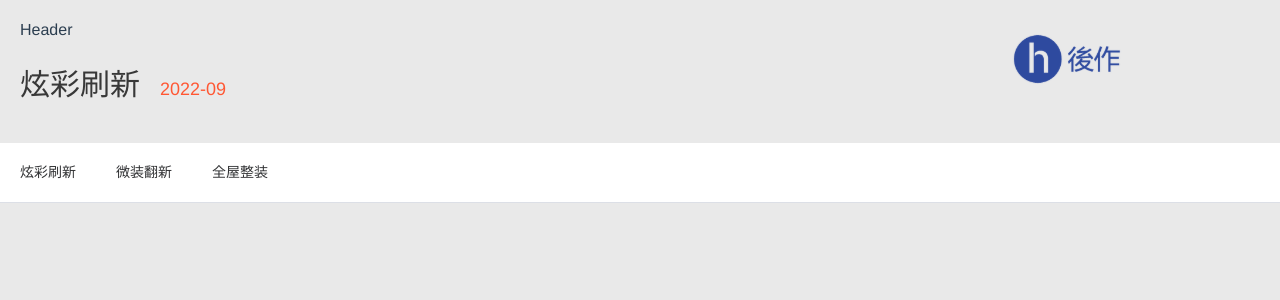
Repository: yezhonghu0503/houzuo
Page: /interiorDecoration
The author's editor kept a copy of each file at every save. The page is drawn from the files as they stood at one save, then again after the next save.
The browser window is 1280 px wide. The pictures show the whole page.
The project was rebuilt for these pictures with package versions that can differ from the ones it lists, and the page was loaded fresh each time. Also part of the build but not shown: vite.config.ts.

Above is the page before, as saved 2022-09-29 10:48:18.

### src/main.ts
import { createApp } from 'vue'
import App from './App.vue'
//全局引入elementUI
import ElementPlus from 'element-plus'
import 'element-plus/dist/index.css'
import * as ElementPlusIconsVue from '@element-plus/icons-vue'
import router from './router'

const app = createApp(App)

for (const [key, component] of Object.entries(ElementPlusIconsVue)) {
    app.component(key, component)
}


app.use(ElementPlus)
app.use(router)
app.mount('#app')

### src/App.vue
<script setup lang="ts">
// This starter template is using Vue 3 <script setup> SFCs
// Check out https://vuejs.org/api/sfc-script-setup.html#script-setup

import Home from "./view/Home/Home.vue";

//import HelloWorld from './components/HelloWorld.vue'
</script>

<template>
  <!-- <Home></Home> -->
  <router-view />
</template>

<style>
body {
  background: rgba(233, 233, 233, 1);
}
#app {
  font-family: Avenir, Helvetica, Arial, sans-serif;
  -webkit-font-smoothing: antialiased;
  -moz-osx-font-smoothing: grayscale;
  text-align: center;
  color: #2c3e50;
  overflow-x: hidden;
  /* margin-top: 60px; */
}
</style>

### src/router/index.ts
import { createRouter, createWebHistory, createWebHashHistory } from 'vue-router'
import { defineAsyncComponent } from 'vue'

const router = createRouter({
    history: createWebHistory(),
    routes: [
        {
            path: '/',
            name: 'home',
            component: defineAsyncComponent(() => import(`../view/Home/Home.vue`)),
            meta: {
                title: '首页'
            }
        },
        {
            path: '/interiorDecoration',
            name: 'interiorDecoration',
            component: defineAsyncComponent(() => import(`../view/interiorDecoration/index.vue`)),
            meta: {
                title: '室内装修'
            }
        }
    ]
})

router.beforeEach((to, from, next) => {
    if (to.meta.title) {
        document.title = `${to.meta.title}`;
    }
    next()
})

router.afterEach((to, from) => {
    // console.log(to, from)
    console.log('afterEach')
})

export default router;

### src/view/interiorDecoration/index.vue
<script lang="ts">
import { ref } from "vue";
import {
  useRouter,
  useRoute,
  onBeforeRouteLeave,
  onBeforeRouteUpdate,
} from "vue-router";
const activeIndex = ref("1");
const activeIndex2 = ref("1");
const handleSelect = (key: string, keyPath: string[]) => {
  console.log(key, keyPath);
};
export default {
  setup() {
    const router = useRouter();
    const route = useRoute();
    let timenow: string = new Date().toJSON().substring(0, 7);

    return {
      timenow,
    };
  },
};
</script>

    <template>
  <div id="head">
    <el-row class="head-row" :gutter="2">
      <el-col :span="16">
        <el-container class="head-tit">
          <el-header>Header</el-header>
          <el-footer
            ><h1>
              炫彩刷新<font class="timeshow">{{ timenow }}</font>
            </h1>
          </el-footer>
        </el-container>
      </el-col>
      <el-col :span="8" align="middle">
        <!-- <img
          style="margin-top: 15px"
          src="https://lacblog.top/upload/2022/06/H2022%20(3).png.png"
          alt=""
        /> -->
        <svg
          style="margin-top: 0px"
          xmlns="http://www.w3.org/2000/svg"
          xmlns:xlink="http://www.w3.org/1999/xlink"
          width="118"
          height="118"
          viewBox="0 0 118 118"
          fill="none"
        >
          <defs>
            <pattern
              id="pattern0"
              patternContentUnits="objectBoundingBox"
              width="1"
              height="1"
            >
              <use
                transform="translate(0 0) scale(0.004975124378109453 0.004975124378109453) rotate(0)"
                xlink:href="#image0"
              />
            </pattern>
            <image
              id="image0"
              width="201"
              height="201"
              xlink:href="data:[embedded picture, 6090 characters]"
            />
          </defs>
          <path
            id="H2022 (2).png"
            fill-rule="evenodd"
            style="fill: url(#pattern0)"
            transform="translate(0 0)  rotate(0 59 59)"
            opacity="1"
            d="M0,118L118,118L118,0L0,0L0,118Z "
          />
        </svg>
      </el-col>
      </el-row>
  </div>
  <div id="main">
    <el-menu
        :default-active="activeIndex"
        class="el-menu-demo"
        mode="horizontal"
        @select="handleSelect"
      >
        <el-menu-item index="1">炫彩刷新</el-menu-item>
        <el-menu-item index="2">微装翻新</el-menu-item>
        <el-menu-item index="3">全屋整装</el-menu-item>
      </el-menu>
      <div class="h-6" />
  </div>
</template>

    <style>
* {
  border: 0;
  padding: 0;
  margin: 0;
}
#head {
  left: 0px;
  top: 0px;
  width: 100vw;
  height: 143px;
  /* background: turquoise; */
}
.head-row {
  height: 100%;
}
.head-tit {
  text-align: left;
  line-height: 60px;
}
.head-tit h1 {
  font-size: 30px;
  font-weight: 300;
  letter-spacing: 0px;
  line-height: 50px;
  color: rgba(56, 56, 56, 1);
  text-align: left;
  /*vertical-align: top;*/
}
.timeshow {
  /** 文本1 */
  font-size: 18px;
  font-weight: 500;
  letter-spacing: 0px;
  line-height: 0px;
  color: rgba(255, 87, 51, 1);
  text-align: left;
  margin-left: 20px;
}
</style>

Loaded but not shown: index.html (common file)

After the next save:
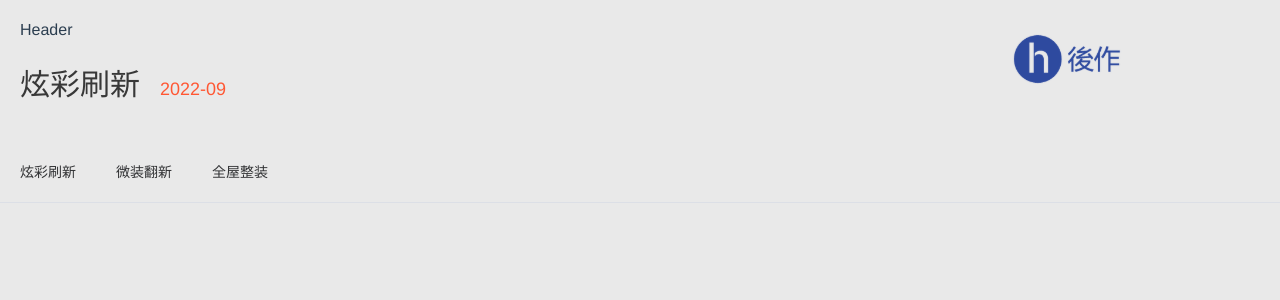
Saved 3 min 3 s later.
--- a/src/view/interiorDecoration/index.vue
+++ b/src/view/interiorDecoration/index.vue
@@ -137,4 +137,7 @@
   text-align: left;
   margin-left: 20px;
 }
+.el-menu-demo{
+  background: rgb(233, 233, 233);
+}
 </style>
